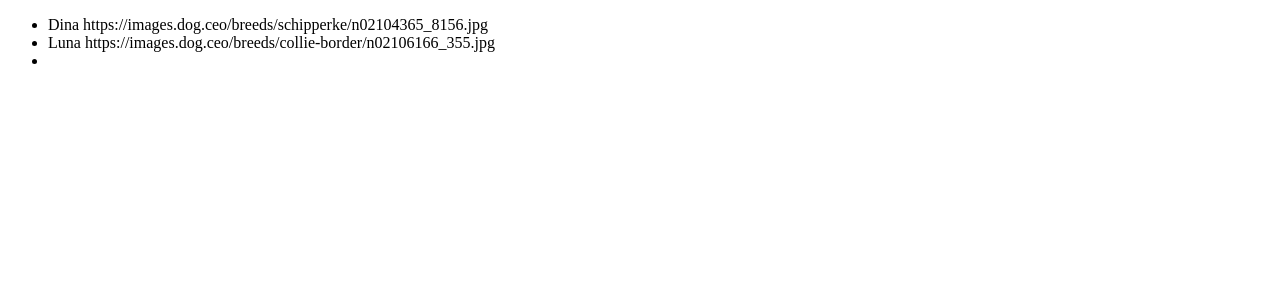
Repository: conchaasensio/ejercicios-en-clase-j
Page: modulo-2/leccion-2.2/ejercicio-8/index.html
The author's editor kept a copy of each file at every save. The page is drawn from the files as they stood at one save, then again after the next save.
The browser window is 1280 px wide. The pictures show the whole page.

Above is the page before, as saved 2020-06-29 18:12:19.

### modulo-2/leccion-2.2/ejercicio-8/index.html
<!DOCTYPE html>
<html lang="es">
  <head>
    <meta charset="UTF-8" />
    <meta name="viewport" content="width=device-width, initial-scale=1.0" />
    <title>Lista de perretes</title>
  </head>
  <body>
    <ul>
      <li class="firstDog"></li>
      <li class="secondDog"></li>
      <li class="thirdDog"></li>
    </ul>
    <script src="./main.js"></script>
  </body>
</html>

### modulo-2/leccion-2.2/ejercicio-8/main.js
'use strict';

const firstDogImage =
  'https://images.dog.ceo/breeds/schipperke/n02104365_8156.jpg';
const firstDogName = 'Dina';

const firstDog = document.querySelector('.firstDog');
firstDog.innerHTML = `${firstDogName} ${firstDogImage}`;

const secondDogImage =
  'https://images.dog.ceo/breeds/collie-border/n02106166_355.jpg';
const secondDogName = 'Luna';

const secondDog = document.querySelector('.secondDog');
secondDog.innerHTML = `${secondDogName} ${secondDogImage}`;

const thirdDogImage =
  'https://images.dog.ceo/breeds/affenpinscher/n02110627_7065.jpg';
const thirdDogName = 'Lana';

After the next save:
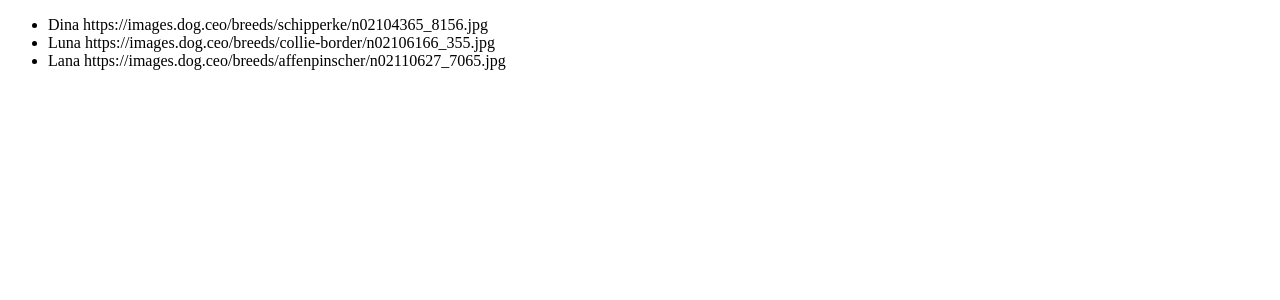
Saved 33 s later.
--- a/modulo-2/leccion-2.2/ejercicio-8/main.js
+++ b/modulo-2/leccion-2.2/ejercicio-8/main.js
@@ -17,3 +17,6 @@ secondDog.innerHTML = `${secondDogName} ${secondDogImage}`;
 const thirdDogImage =
   'https://images.dog.ceo/breeds/affenpinscher/n02110627_7065.jpg';
 const thirdDogName = 'Lana';
+
+const thirdDog = document.querySelector('.thirdDog');
+thirdDog.innerHTML = `${thirdDogName} ${thirdDogImage}`;
